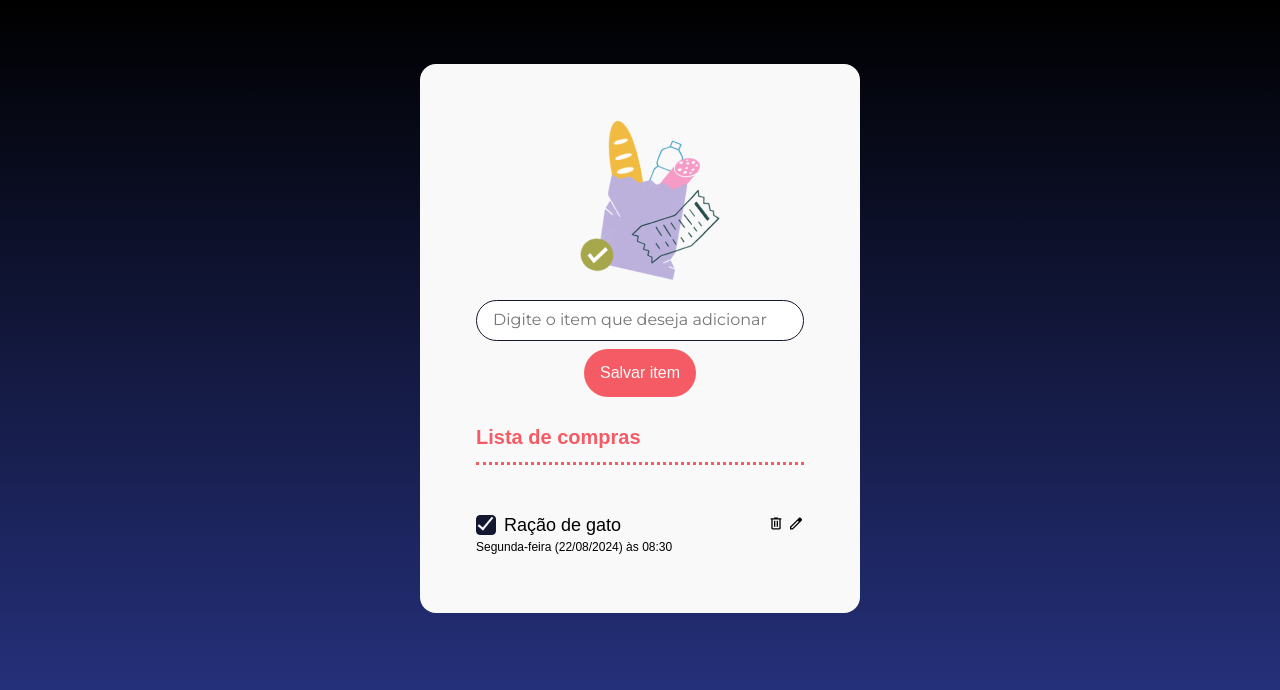
Repository: joaoPraiaJunior/compras_js
Page: index.html
An editor plug-in stored every save of this project. The page is shown before and after the next save, followed by the edit.
The browser window is 1280 px wide. The pictures show the whole page.
Some web fonts or font styles are not loaded; a fallback is used.

Above is the page before, as saved 2024-08-22 22:20:27.

### index.html
<!DOCTYPE html>
<html lang="pt-BR" dir="ltr">

<head>
    <meta charset="UTF-8">
    <meta name="viewport" content="width=device-width, initial-scale=1.0">
    <meta name="description" content="Lista de compras">
    <title>Lista de Compras</title>
    <link rel="preconnect" href="https://fonts.googleapis.com">
    <link rel="preconnect" href="https://fonts.gstatic.com" crossorigin>
    <link href="https://fonts.googleapis.com/css2?family=Krona+One&family=Montserrat&family=Numans&display=swap" rel="stylesheet">
    <link rel="stylesheet" href="./css/styles.css">
</head>

<body>
    <header>
        <img src="./img/bag.png" alt="sacola de compras">
    </header>
    <main>
        <form class="compras">
            <input class="compras__campo" type="text" name="compra" placeholder="Digite o item que deseja adicionar">
            <button class="compras__botao">Salvar item</button>
        </form>
        <h1>Lista de compras</h1>
        <hr>

        <ul class="lista">
            <li class="lista__item">
                <div class="lista__container">
                    <div class="lista__compra">
                        <div class="checkbox">
                            <input class="checkbox__input" type="checkbox" name="produto" id="racao_de_gato">
                            <label class="lista__etiqueta" for="racao_de_gato">Ração de gato</label>
                            <div class="checkbox__customizado checked"></div>
                        </div>
                    </div>
                    <div class="botao">
                        <button class="botao__excluir"><img src="./img/delete.svg" alt="Deletar"></button>
                        <button class="botao__editar"><img src="./img/edit.svg" alt="Editar"></button>
                    </div>
                </div>
                <p class="lista__data">Segunda-feira (<time datetime="2024-08-22">22/08/2024</time>) às <time>08:30</time></p>
            </li>
        </ul>
    </main>
</body>

</html>

### css/styles.css
* {
    box-sizing: border-box;
    margin: 0;
    padding: 0;
}

html {
    font-size: 62.5%;
}

:root {
    --cor-primaria: #F55B64;
    --cor-secundaria: #C2373F;
    --neutro: #F9F9F9;
    --preto: #131730;
    --fonte-titulo: "Krona One", sans-serif;
    --fonte-texto: 'Numans', sans-serif;
    --degrade-azul: linear-gradient(180deg, #000000 0%, #26327F 100%);
}

body {
    display: flex;
    flex-direction: column;
    align-items: center;
    background: var(--degrade-azul);
    background-repeat: no-repeat;
    font-size: 1.6rem;
    height: 100vh;
}

header {
    text-align: center;
    margin-top: 6.4rem;
    background-color: var(--neutro);
    border-radius: 1.6rem 1.6rem 0 0;
    padding: 5.6rem 5.6rem 1.6rem 5.6rem;
    width: 44.0rem;

}

main {
    display: flex;
    flex-direction: column;
    align-items: center;
    gap: 2.4rem;
    background-color: var(--neutro);
    border-radius: 0 0 1.6rem 1.6rem;
    padding: 0 5.6rem 5.6rem 5.6rem;
    width: 44.0rem;
}

h1 {
    align-self: flex-start;
    font-family: var(--fonte-titulo);
    font-size: 2.0rem;
    color: var(--cor-primaria);
    line-height: 3.3rem;
}

hr {
    border: none;
    border-bottom: .3rem dotted var(--cor-primaria);
    margin-bottom: 2.4rem;
    width: 100%;
}

hr:empty {
    margin-top: calc(1.6rem * -1);
}

p, label {
    font-family: var(--fonte-texto);
    font-size: 1.8rem;
    font-weight: 400;
    text-align: left;
    line-height: 2.4rem;
}


.compras {
    display: flex;
    flex-direction: column;
    gap: .8rem;
    width: 100%;
}

.compras__campo {
    border: .1rem solid var(--preto);
    border-radius: 2.4rem;
    padding: 1.2rem 1.6rem;
}

.compras__campo::placeholder {
    font-family: "Montserrat", sans-serif;
    font-size: 1.6rem;
    line-height: 1.9rem;
}

.compras__botao {
    align-self: center;
    font-family: var(--fonte-texto);
    font-size: 1.6rem;
    line-height: 2.4rem;
    color: var(--neutro);
    background-color: var(--cor-primaria);
    border: none;
    border-radius: 2.4rem;
    padding: 1.2rem 1.6rem;
    cursor: pointer;
}

.lista {
    list-style: none;
    width: 100%;
}

.lista__container {
    display: flex;
    align-items: center;
    justify-content: space-between;
}

.lista__compra {
    display: flex;
    align-items: center;
}

.lista__etiqueta {
    cursor: pointer;
}

.lista__data {
    font-size: 1.2rem;
    line-height: 2.0rem;
}

.checkbox {
    display: flex;
    align-items: center;
    flex-direction: row-reverse;
}
.checkbox__input {
    opacity: 0;
    width: 0;
    height: 0;
}

.checkbox__customizado {
    background-color: var(--neutro);
    margin-right: .8rem;
    border: .1rem solid var(--preto);
    border-radius: .4rem;
    width: 2.0rem;
    height: 2.0rem;
    cursor: pointer
}

.checked {
    position: relative;
    background-color: var(--preto);
}

.checked::before {
    content: "";
    position: absolute;
    top: -10%;
    left: 30%;
    width: .5rem;
    height: 1.4rem;
    border-top: .2rem solid var(--neutro);
    border-left: .2rem solid var(--neutro);
    transform: rotate(-140deg);
}

.botao__excluir, .botao__editar {
    background-color: transparent;
    border: none
}

After the next save:
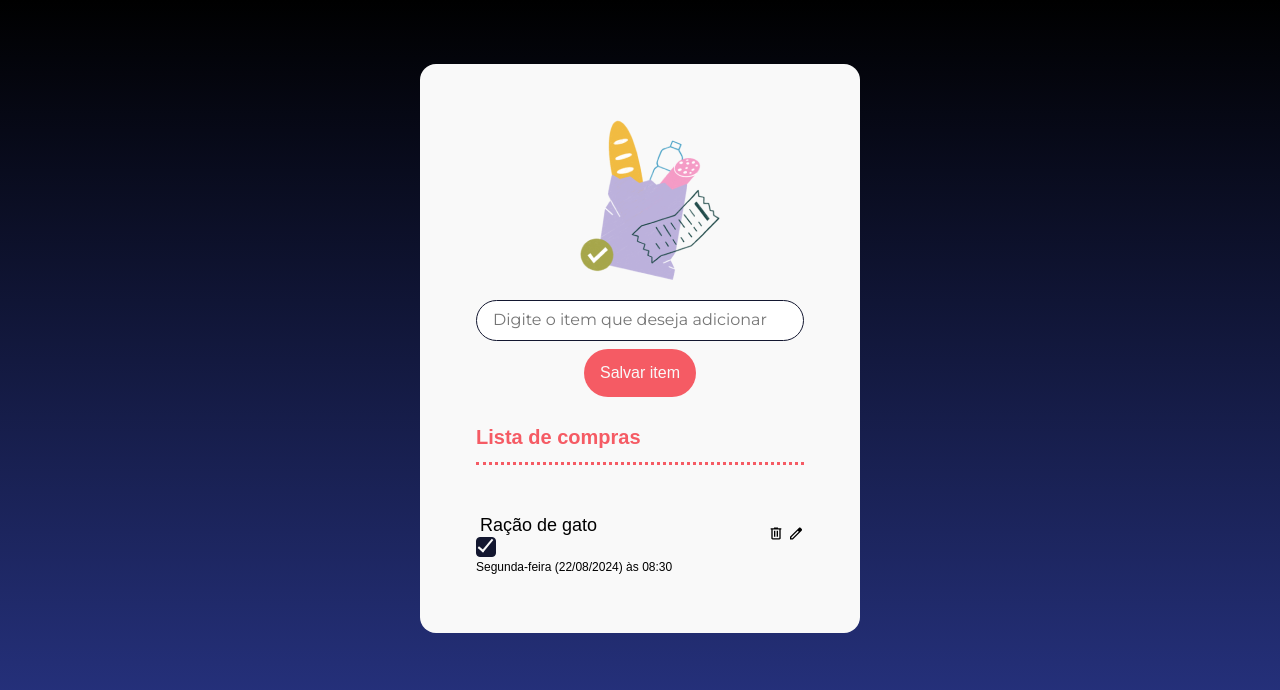
Saved 26 s later.
--- a/css/styles.css
+++ b/css/styles.css
@@ -134,7 +134,7 @@
     line-height: 2.0rem;
 }
 
-.checkbox {
+.checkbox__input:checked + .checkbox {
     display: flex;
     align-items: center;
     flex-direction: row-reverse;

After the 2 saves that followed:
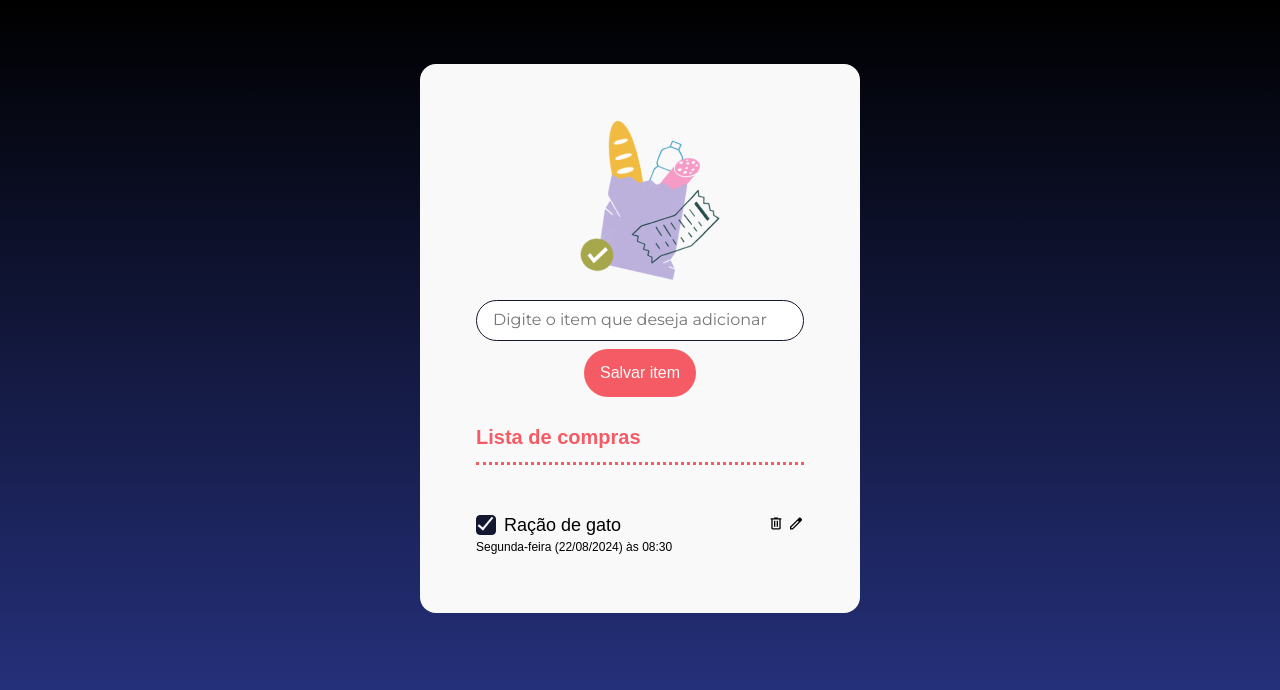
The 2 saves are shown as one change because 1 left the picture as it was.
The last was saved 37 s later.
--- a/css/styles.css
+++ b/css/styles.css
@@ -134,7 +134,7 @@
     line-height: 2.0rem;
 }
 
-.checkbox__input:checked + .checkbox {
+.checkbox {
     display: flex;
     align-items: center;
     flex-direction: row-reverse;
